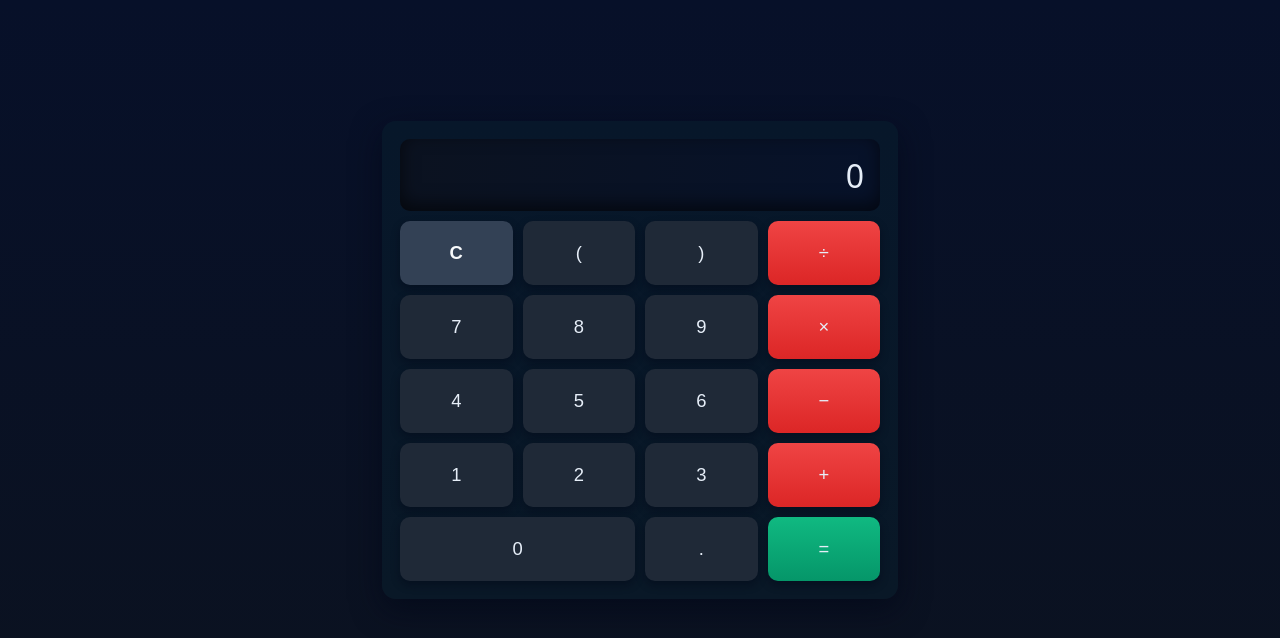
Repository: ShagunTomar2024/Frontend
Page: html/assignments/assignment2/index.html
These files come from the project's save history. The page is drawn as it stood at one moment and after the next save; the edit follows.
The browser window is 1280 px wide. The pictures show the whole page.

Above is the page before, as saved 2025-09-10 11:35:02.

### html/assignments/assignment2/index.html
<!doctype html>
<html lang="en">
<head>
<meta charset="utf-8" />
<meta name="viewport" content="width=device-width,initial-scale=1" />
<title>Grid Calculator UI (Demo)</title>
<style>
 :root{
    --bg:#0f172a; --panel:#0b1220; --accent:#10b981; --muted:#94a3b8;
    --btn:#1f2937; --btn-op:#ef4444; --gap:10px;
 }
 body{
    margin:0; min-height:100vh; display:flex; align-items:center; justify-content:center;
    background: linear-gradient(180deg,#071029,#0b1220); font-family:system-ui,Segoe UI,Roboto,"Helvetica Neue",Arial;
    color:#e6eef8;
  }

  .calculator{
    width: min(480px, 96vw);
    background: linear-gradient(180deg,#07172a,#091827);
    padding:18px;
    border-radius:14px;
    box-shadow: 0 10px 30px rgba(2,6,23,.6);
    display: grid;
    grid-template-columns: repeat(4, minmax(60px, 1fr));   /* 4 columns */
    grid-template-rows: minmax(72px, auto) repeat(5, 64px); /* 1 display row + 5 button rows */
    gap: var(--gap);
  }

  /* Display */
  .display{
    grid-column: 1 / -1;   /* full width */
    background: linear-gradient(90deg,#0b1220,#07122a);
    border-radius:10px;
    padding: 12px 16px;
    display:flex; align-items:center; justify-content:flex-end;
    font-size: clamp(1.25rem, 3vw, 2rem);
    color: #e6eef8;
    box-shadow: inset 0 -6px 18px rgba(0,0,0,.6);
    overflow:hidden;
    word-break: break-all;
  }

  /* Buttons */
  .btn{
    border: none; outline: none;
    background: var(--btn);
    color: #e6eef8;
    font-size: 1.15rem;
    border-radius:10px;
    cursor: pointer;
    box-shadow: 0 4px 8px rgba(2,6,23,.45);
    transition: transform .08s ease, box-shadow .12s ease;
    display:flex; align-items:center; justify-content:center;
  }
  .btn:active{ transform: translateY(2px); box-shadow: 0 2px 6px rgba(2,6,23,.5); }

  .btn.op { background: linear-gradient(180deg,#ef4444,#dc2626); }
  .btn.equal { background: linear-gradient(180deg,#10b981,#059669); }

  /* Span two columns (e.g., 0) */
  .span-2 { grid-column: span 2; }

  /* small visual tweaks for clarity */
  .btn.clear { background: #334155; color: #f8fafc; font-weight:600; }
</style>
</head>
<body>

<div class="calculator" role="application" aria-label="Calculator">
  <div id="display" class="display" aria-live="polite">0</div>

  <!-- Row 1 -->
  <button class="btn clear" data-value="C" aria-label="Clear (C)">C</button>
  <button class="btn" data-value="(" aria-label="Left Parenthesis">(</button>
  <button class="btn" data-value=")" aria-label="Right Parenthesis">)</button>
  <button class="btn op" data-value="/" aria-label="Divide">÷</button>

  <!-- Row 2 -->
  <button class="btn" data-value="7">7</button>
  <button class="btn" data-value="8">8</button>
  <button class="btn" data-value="9">9</button>
  <button class="btn op" data-value="*" aria-label="Multiply">×</button>

  <!-- Row 3 -->
  <button class="btn" data-value="4">4</button>
  <button class="btn" data-value="5">5</button>
  <button class="btn" data-value="6">6</button>
  <button class="btn op" data-value="-" aria-label="Minus">−</button>

  <!-- Row 4 -->
  <button class="btn" data-value="1">1</button>
  <button class="btn" data-value="2">2</button>
  <button class="btn" data-value="3">3</button>
  <button class="btn op" data-value="+" aria-label="Plus">+</button>

  <!-- Row 5 -->
  <button class="btn span-2" data-value="0">0</button>
  <button class="btn" data-value=".">.</button>
  <button class="btn equal" data-value="=" aria-label="Equals">=</button>
</div>

</body>
</html>

After the next save:
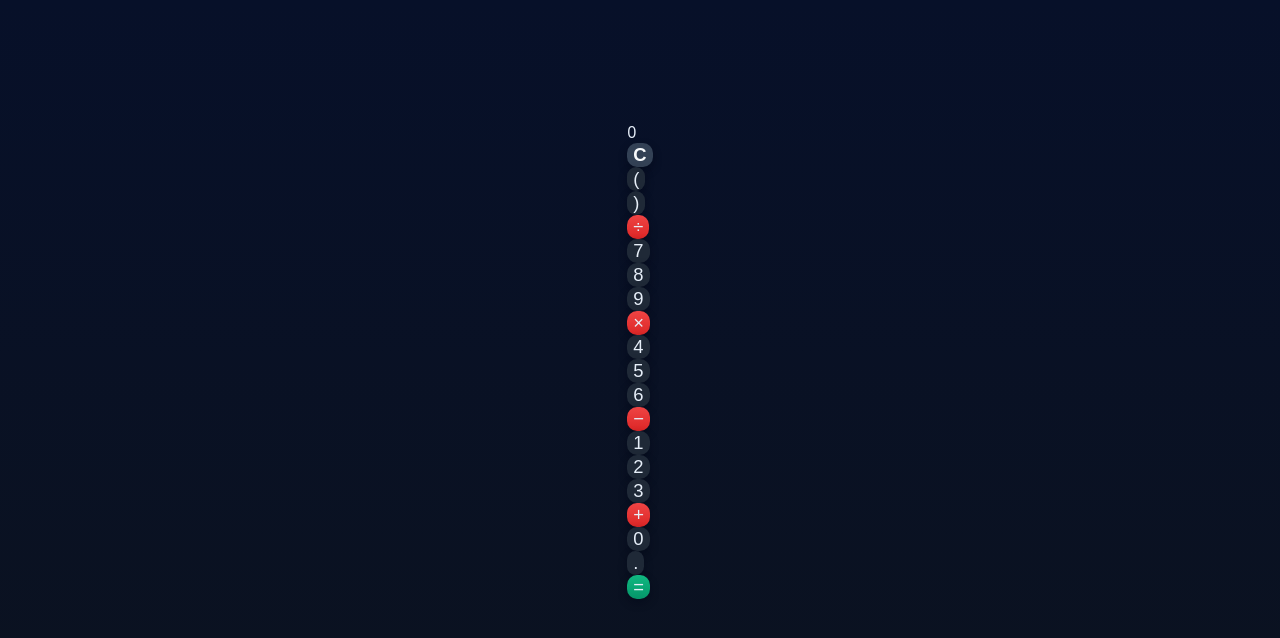
Saved 9 s later.
--- a/html/assignments/assignment2/index.html
+++ b/html/assignments/assignment2/index.html
@@ -14,7 +14,7 @@
     background: linear-gradient(180deg,#071029,#0b1220); font-family:system-ui,Segoe UI,Roboto,"Helvetica Neue",Arial;
     color:#e6eef8;
   }
-
+/*
   .calculator{
     width: min(480px, 96vw);
     background: linear-gradient(180deg,#07172a,#091827);
@@ -62,7 +62,7 @@
   .span-2 { grid-column: span 2; }
 
   /* small visual tweaks for clarity */
-  .btn.clear { background: #334155; color: #f8fafc; font-weight:600; }
+  .btn.clear { background: #334155; color: #f8fafc; font-weight:600; }  */
 </style>
 </head>
 <body>

After the save that followed:
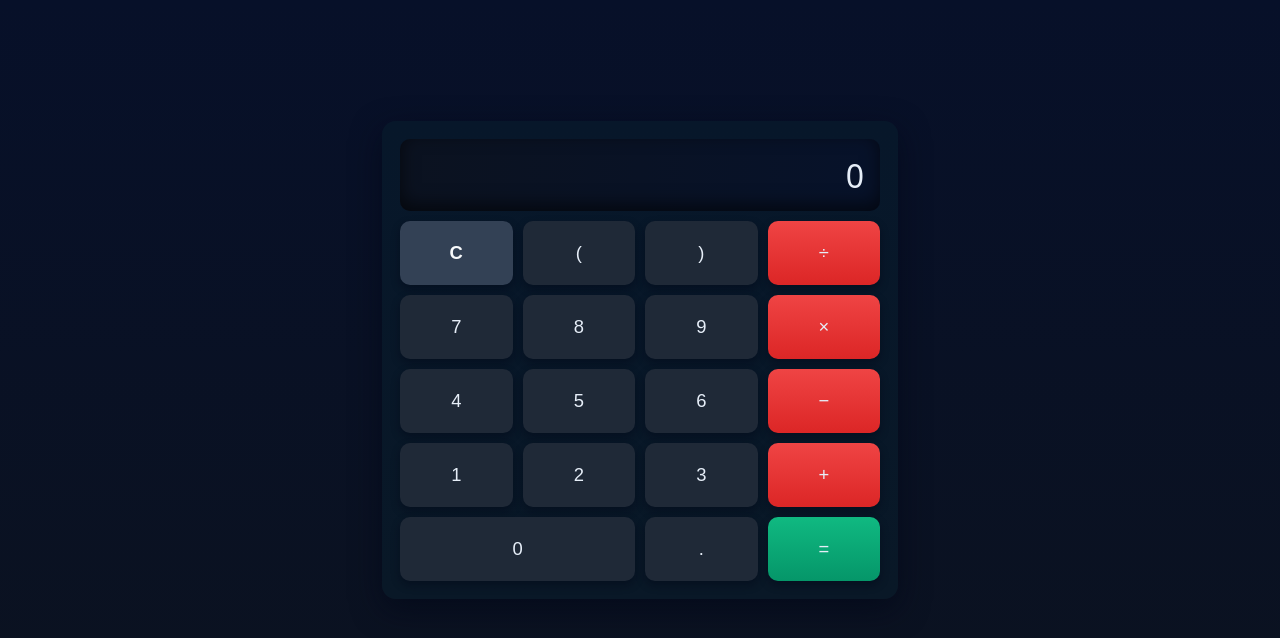
Saved 5 s later.
--- a/html/assignments/assignment2/index.html
+++ b/html/assignments/assignment2/index.html
@@ -14,7 +14,7 @@
     background: linear-gradient(180deg,#071029,#0b1220); font-family:system-ui,Segoe UI,Roboto,"Helvetica Neue",Arial;
     color:#e6eef8;
   }
-/*
+
   .calculator{
     width: min(480px, 96vw);
     background: linear-gradient(180deg,#07172a,#091827);
@@ -62,7 +62,7 @@
   .span-2 { grid-column: span 2; }
 
   /* small visual tweaks for clarity */
-  .btn.clear { background: #334155; color: #f8fafc; font-weight:600; }  */
+  .btn.clear { background: #334155; color: #f8fafc; font-weight:600; }
 </style>
 </head>
 <body>
